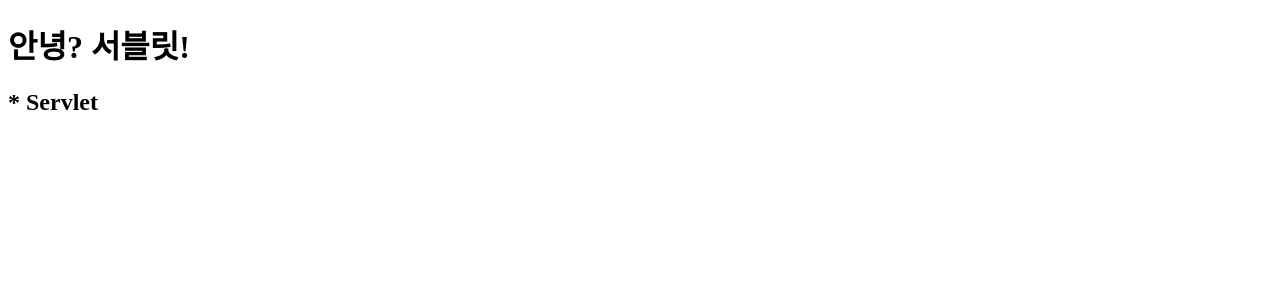
Repository: rsvprzdz/Servlet
Page: 1_servlet/src/main/webapp/index.html
An editor plug-in stored every save of this project. The page is shown before and after the next save, followed by the edit.
The browser window is 1280 px wide. The pictures show the whole page.

Above is the page before, as saved 2024-08-22 02:03:21.

After the next save:
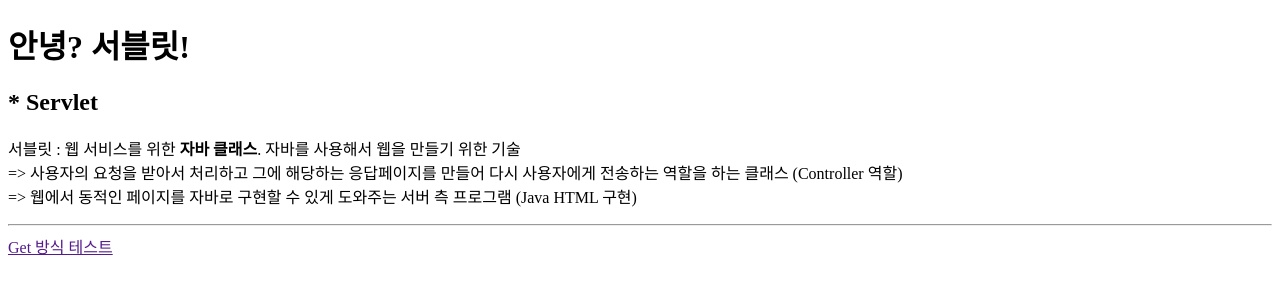
Saved 6 min 18 s later.
--- a/1_servlet/src/main/webapp/index.html
+++ b/1_servlet/src/main/webapp/index.html
@@ -9,5 +9,15 @@
 
 	<h2>* Servlet</h2>
 
+	<p>
+		서블릿 : 웹 서비스를 위한 <b>자바 클래스</b>. 자바를 사용해서 웹을 만들기 위한 기술 <br>
+		=> 사용자의 요청을 받아서 처리하고 그에 해당하는 응답페이지를 만들어 다시 사용자에게 전송하는 역할을 하는 클래스 (Controller 역할) <br>
+		=> 웹에서 동적인 페이지를 자바로 구현할 수 있게 도와주는 서버 측 프로그램 (Java HTML 구현)
+	</p>
+
+	<hr>
+
+	<a href="">Get 방식 테스트</a>
+
 </body>
 </html>
